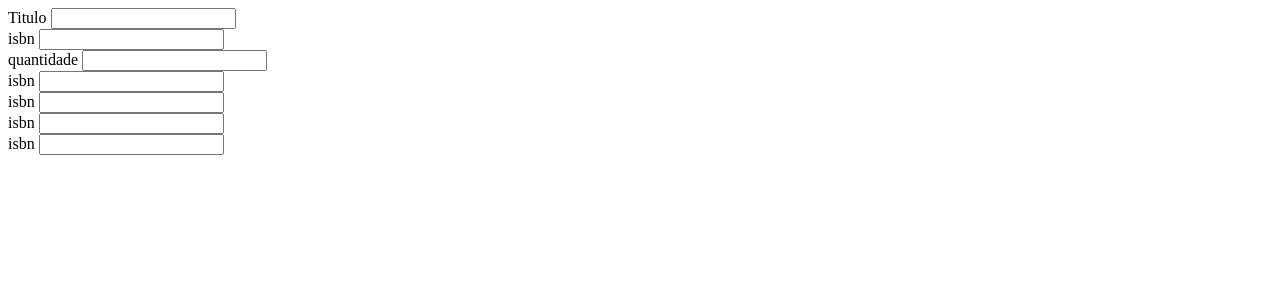
Repository: the-felipe/interfaceApiLivraria
Page: adicionar.html
An editor plug-in stored every save of this project. The page is shown before and after the next save, followed by the edit.
The browser window is 1280 px wide. The pictures show the whole page.

Above is the page before, as saved 2023-07-20 21:37:21.

### adicionar.html
<!DOCTYPE html>
<html lang="en">
<head>
    <meta charset="UTF-8">
    <meta name="viewport" content="width=device-width, initial-scale=1.0">
    <title>Adicionar Livro</title>

    <script src="token.js"></script>
</head>
<body>

    <form action="" id="form">
        <label for="titulo">Titulo</label>
        <input type="text" name="titulo" id="titulo">
        <br>
        <label for="isbn">isbn</label>
        <input type="text" name="isbn" id="isbn">
        <br>
        <label for="quantidade">quantidade</label>
        <input type="text" name="quantidade" id="quantidade">
        <br>
        <label for="isbn">isbn</label>
        <input type="text" name="isbn" id="isbn">
        <br>
        <label for="isbn">isbn</label>
        <input type="text" name="isbn" id="isbn">
        <br>
        <label for="isbn">isbn</label>
        <input type="text" name="isbn" id="isbn">
        <br>
        <label for="isbn">isbn</label>
        <input type="text" name="isbn" id="isbn">
        <br>

    </form>

    <script>

    </script>

</body>
</html>

### token.js
// salva o token no armazenamento local
function salvarToken(token) {
    localStorage.setItem("TOKEN", JSON.stringify(token))
}

// pega o token de volta
function pegarToken() {
    return JSON.parse(localStorage.getItem("TOKEN"))
}

// faz uma requisição GET pra URL usando o token
function getAutenticado(url) {
    const token = pegarToken()

    return fetch(url, {
        headers: {
            "Authorization": `Bearer ${token.access}`
        }
    })
}

// faz uma requisição POST pra URL usando o token
function postAutenticado(url, body) {
    const token = pegarToken()

    return fetch(url, {
        body: JSON.stringify(body),
        method: "POST",
        headers: {
            "Content-Type": "application/json",
            "Authorization": `Bearer ${token.access}`
        }
    })
}

// faz uma requisição PATCH pra URL usando o token
function patchAutenticado(url, body) {
    const token = pegarToken()

    return fetch(url, {
        body: JSON.stringify(body),
        method: "PATCH",
        headers: {
            "Content-Type": "application/json",
            "Authorization": `Bearer ${token.access}`
        }
    })
}

// faz uma requisição DELETE pra URL usando o token
function deleteAutenticado(url) {
    const token = pegarToken()

    return fetch(url, {
        method: "DELETE",
        headers: {
            "Authorization": `Bearer ${token.access}`
        }
    })
}

After the next save:
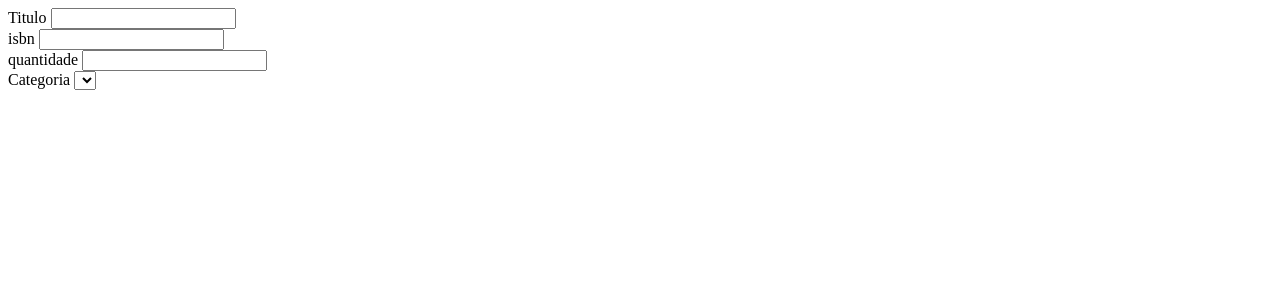
Saved 22 s later.
--- a/adicionar.html
+++ b/adicionar.html
@@ -19,18 +19,8 @@
         <label for="quantidade">quantidade</label>
         <input type="text" name="quantidade" id="quantidade">
         <br>
-        <label for="isbn">isbn</label>
-        <input type="text" name="isbn" id="isbn">
-        <br>
-        <label for="isbn">isbn</label>
-        <input type="text" name="isbn" id="isbn">
-        <br>
-        <label for="isbn">isbn</label>
-        <input type="text" name="isbn" id="isbn">
-        <br>
-        <label for="isbn">isbn</label>
-        <input type="text" name="isbn" id="isbn">
-        <br>
+        <label for="categoria">Categoria</label>
+        <select name="categoria" id="categoria"></select>
 
     </form>
 
